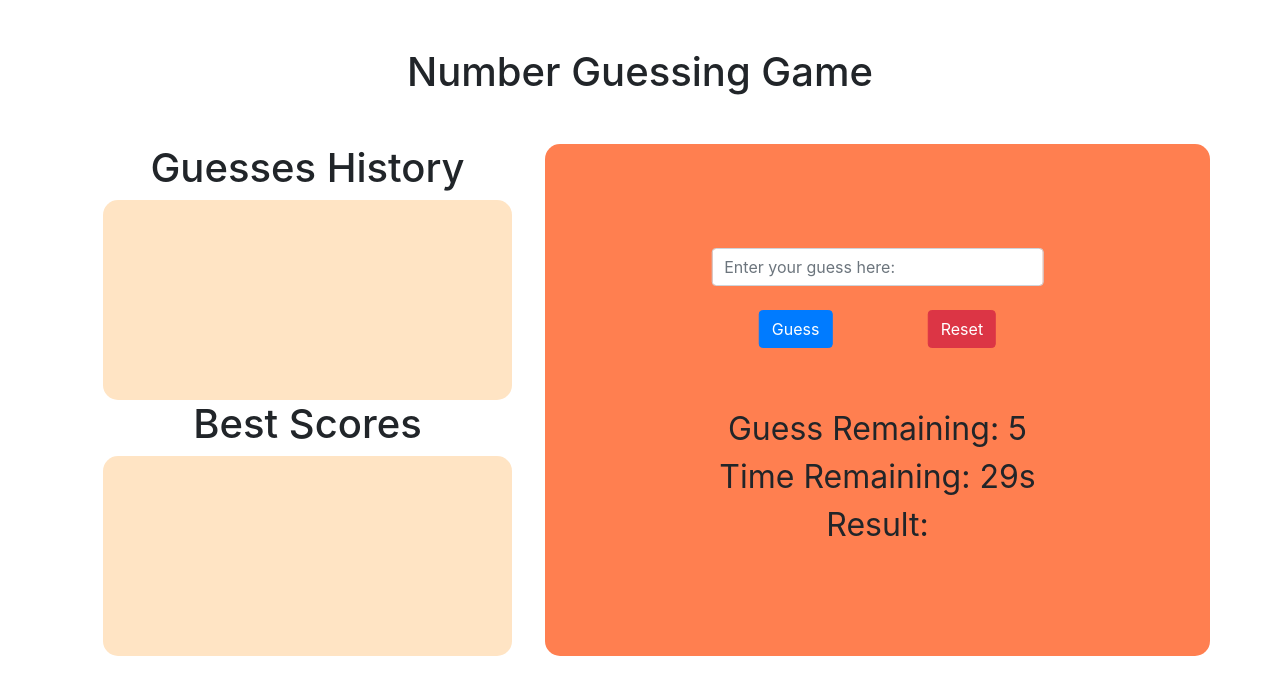
Repository: tts2610/NumberGuessingGame
Page: index.html
The author's editor kept a copy of each file at every save. The page is drawn from the files as they stood at one save, then again after the next save.
The browser window is 1280 px wide. The pictures show the whole page.
After loading, the first visible `#startGameBtn` was clicked once.

Above is the page before, as saved 2020-05-13 14:49:00.

After the next save:
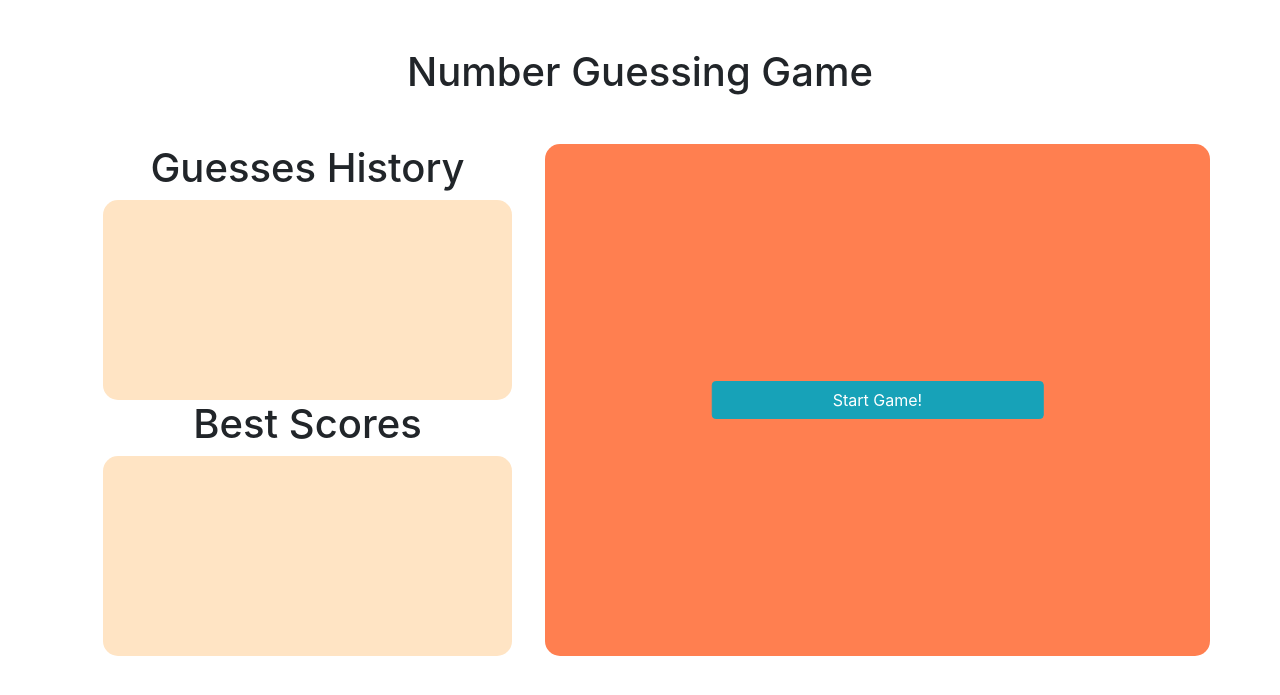
Saved 4 min 38 s later.
--- a/js/script.js
+++ b/js/script.js
@@ -36,10 +36,16 @@
         timecounting();
 
         guessRemaining.textContent = guess;
-        div.style.display = "block";
-        startGameBtn.style.display = "none";
+
     }
 }
+
+function displayDiv() {
+    div.style.display = "block";
+    startGameBtn.style.display = "none";
+}
+
+
 
 function timecounting() {
     timer = setInterval(() => {

After the 4 saves that followed:
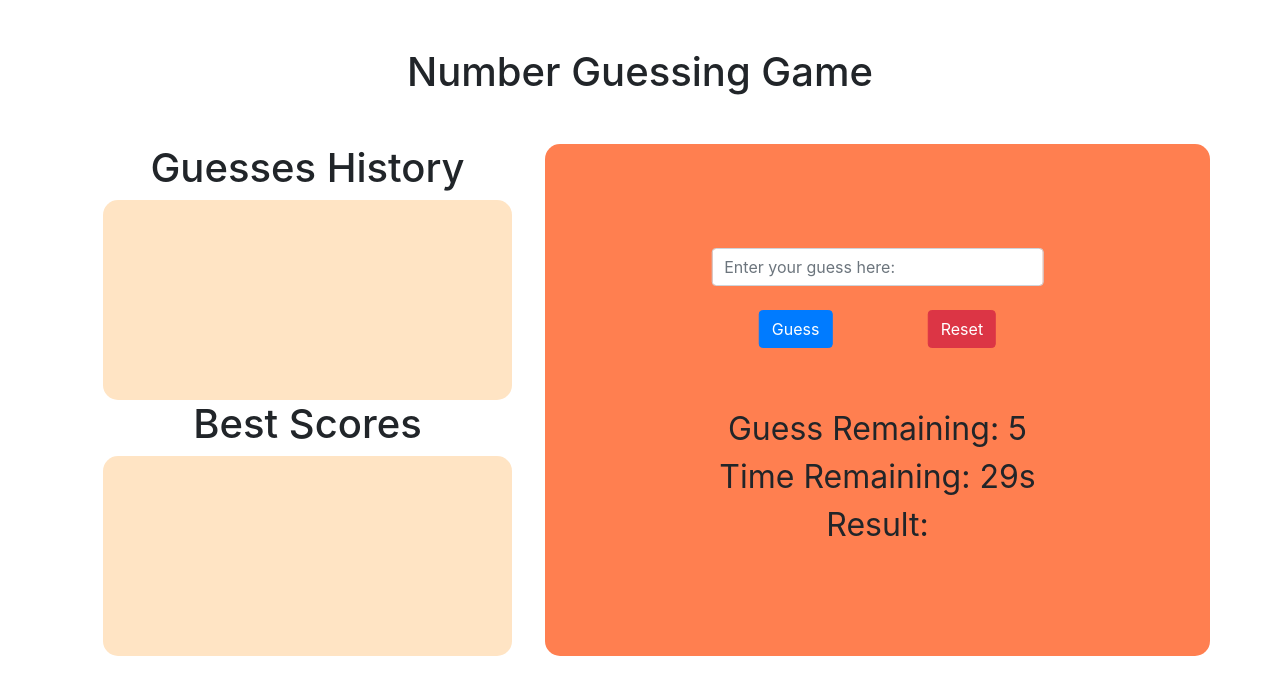
The 4 saves are shown as one change because 2 left the picture as it was and some came seconds apart.
The last was saved 103 s later.
--- a/js/script.js
+++ b/js/script.js
@@ -36,13 +36,19 @@
         timecounting();
 
         guessRemaining.textContent = guess;
-
+        displayDiv();
     }
 }
 
 function displayDiv() {
-    div.style.display = "block";
-    startGameBtn.style.display = "none";
+    if (div.style.display === "block" && startGameBtn.style.display === "none") {
+        div.style.display = "none";
+        startGameBtn.style.display = "block";
+    } else {
+        div.style.display = "block";
+        startGameBtn.style.display = "none";
+    }
+
 }
 
 
